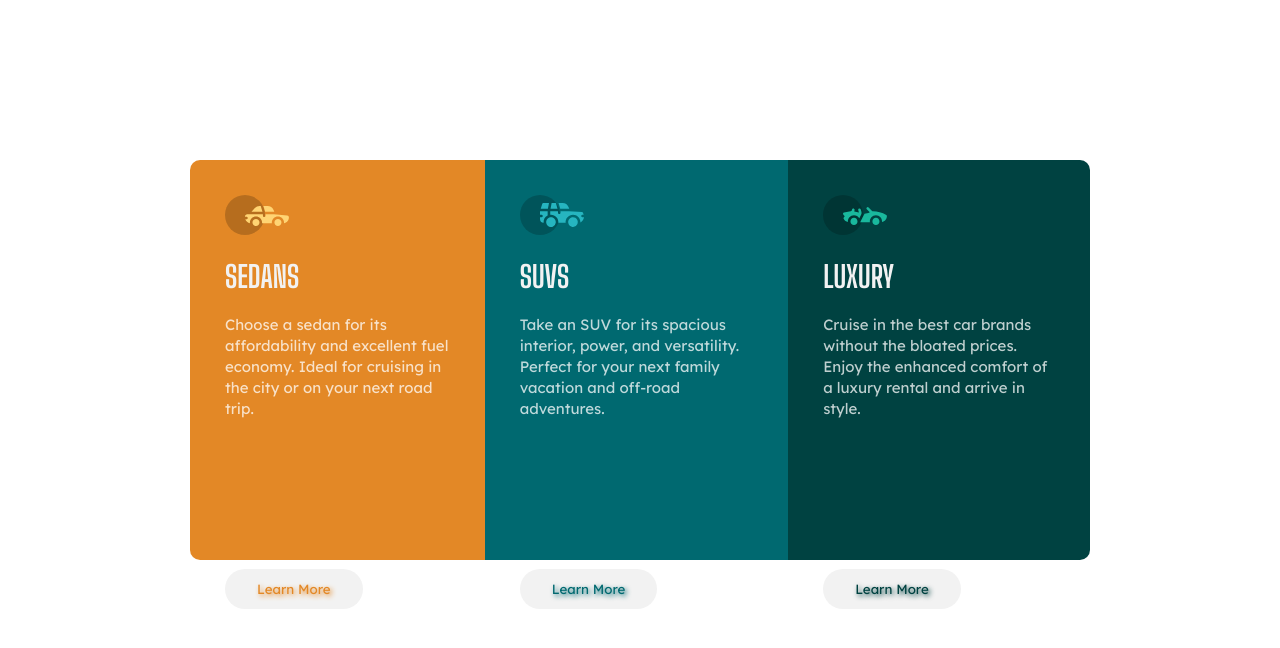
Repository: thaibaocoder1/3-column-card
Page: index.html
The author's editor kept a copy of each file at every save. The page is drawn from the files as they stood at one save, then again after the next save.
The browser window is 1280 px wide. The pictures show the whole page.

Above is the page before, as saved 2023-01-11 21:16:17.

### index.html
<!DOCTYPE html>
<html lang="en">
<head>
  <meta charset="UTF-8">
  <meta name="viewport" content="width=device-width, initial-scale=1.0">
  <link rel="icon" type="image/png" sizes="32x32" href="./images/favicon-32x32.png">
  <title>Frontend Mentor | 3-column preview card component</title>
  <link rel="preconnect" href="https://fonts.googleapis.com">
  <link rel="preconnect" href="https://fonts.gstatic.com" crossorigin>
  <link href="https://fonts.googleapis.com/css2?family=Big+Shoulders+Display:wght@700&family=Lexend+Deca&display=swap" rel="stylesheet">
  <link rel="stylesheet" href="./styles.css">
</head>
<body>

  <main class="container">
    <div class="container__box container__box--one">
      <img src="./images/icon-sedans.svg" alt="" class="container--image">
      <h1 class="container--heading">Sedans</h1>
      <p class="container--content">
        Choose a sedan for its affordability and excellent fuel economy. Ideal for cruising in the city
        or on your next road trip.
      </p>
      <button class="container--btn container--btn-one">Learn More</button>
    </div>

    <div class="container__box container__box--two">
      <img src="./images/icon-suvs.svg" alt="" class="container--image">
      <h1 class="container--heading">Suvs</h1>
      <p class="container--content">
        Take an SUV for its spacious interior, power, and versatility. Perfect for your next family vacation
        and off-road adventures.
      </p>
      <button class="container--btn container--btn-two">Learn More</button>
    </div>

    <div class="container__box container__box--three">
      <img src="./images/icon-luxury.svg" alt="" class="container--image">
      <h1 class="container--heading">Luxury</h1>
      <p class="container--content">
        Cruise in the best car brands without the bloated prices. Enjoy the enhanced comfort of a luxury
        rental and arrive in style.
      </p>
      <button class="container--btn container--btn-three">Learn More</button>
    </div>
  </main>


</body>
</html>

### styles.css
* {
    margin: 0;
    padding: 0;
    box-sizing: border-box;
}
html {
    font-size: 62.5%;
}
body {
    text-rendering: optimizeLegibility;
    scroll-behavior: smooth;
    font-family: 'Big Shoulders Display', cursive;
    font-family: 'Lexend Deca', sans-serif;
    display: flex;
    align-items: center;
    justify-content: center;
    min-height: calc(100vh - 1px);
}
:root {
    --bright-orange: hsl(31, 77%, 52%);
    --dark-cyan: hsl(184, 100%, 22%);
    --very-dark-cyan: hsl(179, 100%, 13%);
    --white-p:  hsla(0, 0%, 100%, 0.75);
    --light-gray: hsl(0, 0%, 95%);
}
.container {
    max-width: 90rem;
    height: 40rem;
    margin: 0 auto;
    display: flex;
    align-items: stretch;
    justify-content: center;
}
.container .container__box {
    padding: 3.5rem;
}
.container .container__box--one {
    background-color: var(--bright-orange);
    border-radius: 1rem 0 0 1rem;
}
.container .container__box--two {
    background-color: var(--dark-cyan);
}
.container .container__box--three {
    background-color: var(--very-dark-cyan);
    border-radius: 0 1rem 1rem 0;
}
.container__box .container--heading {
    color: var(--light-gray);
    font-family: 'Big Shoulders Display', cursive;
    text-transform: uppercase;
    font-size: 3rem;
    margin: 2rem 0;
    font-weight: 500;
}
.container__box .container--content {
    color: var(--white-p);
    margin-bottom: 15rem;
    font-size: 1.5rem;
    line-height: 1.4;
}
.container__box .container--btn {
    padding: 1.2rem 3.2rem;
    border: none;
    border-radius: 2rem;
    background-color: var(--light-gray);
    cursor: pointer;
    transition: all 0.25s linear;
}
.container__box .container--btn-one {
    color: var(--bright-orange);
    font-family: 'Lexend Deca', sans-serif;
    font-weight: 500;
    text-shadow: 2px 2px 5px var(--bright-orange);
}
.container__box .container--btn-two {
    color: var(--dark-cyan);
    font-family: 'Lexend Deca', sans-serif;
    font-weight: 500;
    text-shadow: 2px 2px 5px var(--dark-cyan);
}
.container__box .container--btn-three {
    color: var(--very-dark-cyan);
    font-family: 'Lexend Deca', sans-serif;
    font-weight: 500;
    text-shadow: 2px 2px 5px var(--very-dark-cyan);
}
.container__box .container--btn:hover {
    background-color: transparent;
    color: #fff;
}

After the next save:
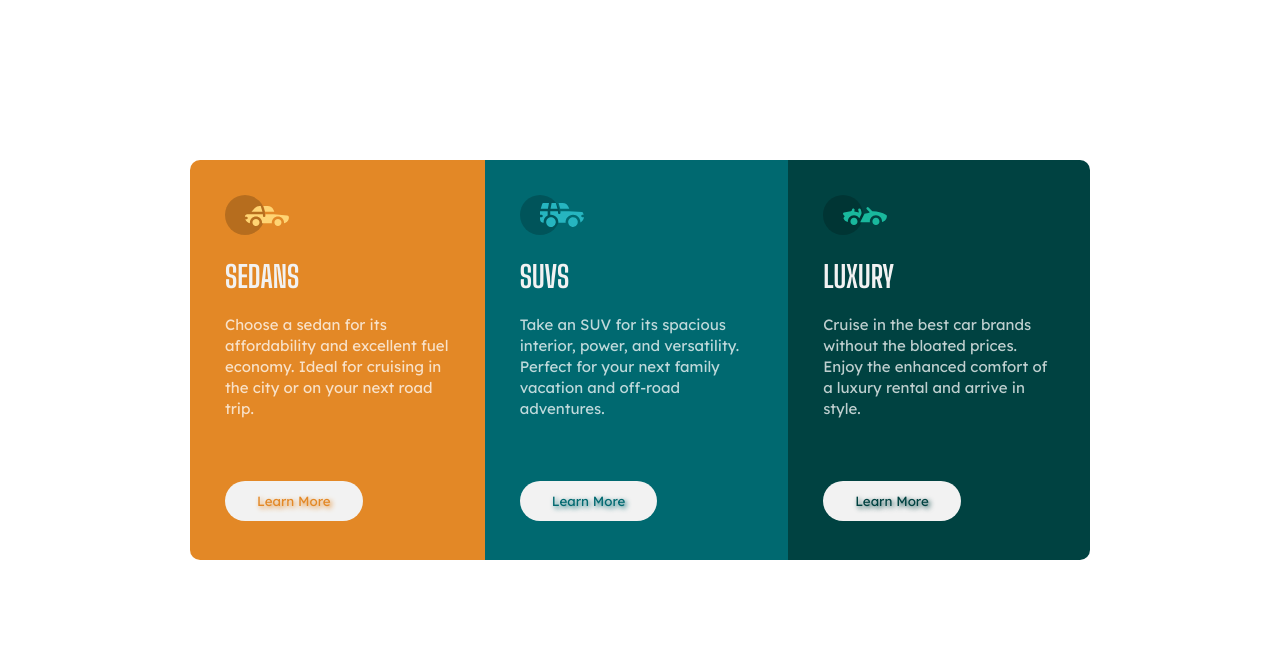
Saved 21 s later.
--- a/styles.css
+++ b/styles.css
@@ -55,7 +55,7 @@
 }
 .container__box .container--content {
     color: var(--white-p);
-    margin-bottom: 15rem;
+    margin-bottom: 6.2rem;
     font-size: 1.5rem;
     line-height: 1.4;
 }
